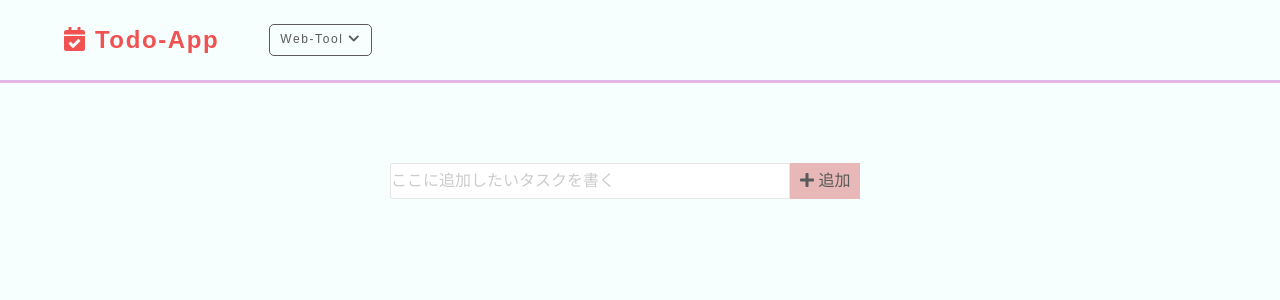
Repository: Hiroshii-m/todo_vue
Page: index.html
These files come from the project's save history. The page is drawn as it stood at one moment and after the next save; the edit follows.
The browser window is 1280 px wide. The pictures show the whole page.
The style sheet was rebuilt from its Sass, Less or Tailwind sources for each picture, by a compiler version that may differ from the author's.

Above is the page before, as saved 2021-06-26 18:13:01.

### index.html
<!DOCTYPE html>
<html lang="en">
<head>
    <meta charset="UTF-8">
    <meta http-equiv="X-UA-Compatible" content="IE=edge">
    <meta name="viewport" content="width=device-width, initial-scale=1.0">
    <link rel="stylesheet" href="node_modules/@fortawesome/fontawesome-free/css/all.css">
    <link rel="stylesheet" href="dist/css/style.css">
    <title>TODO APP Vue</title>
</head>
<body class="u-bgColor-base">

    <!-- header -->
    <header id="l-header" class="u-border-bottom">
        <div class="c-header">
            <h2 class="c-header__home">
                <i class="fas fa-calendar-check"></i>
                <a class="c-header__text" href="">Todo-App</a>
            </h2>
            <h3 class="c-header__other">
                Web-Tool
                <i class="fas fa-chevron-down"></i>
            </h3>
        </div>
    </header><!-- /header -->

    <!-- main -->
    <section id="l-main">
        <div class="c-main">
            <div id="l-addTask">
                <div class="c-addTask">
                    <input type="text" class="c-addTask__input" placeholder="ここに追加したいタスクを書く">
                    <button class="c-addTask__add">
                        <i class="fas fa-plus"></i>
                        追加
                    </button>
                </div>
            </div>
            <div id="l-search"></div>
            <div id="l-list"></div>
        </div>
    </section>
    <!-- /main -->

</body>
</html>

### src/scss/style.scss

// ======================================
// foundation
// ======================================
@use 'foundation/reset';
@use 'foundation/variables';
@use 'foundation/base';
// ======================================
// layout
// ======================================
#l-header {
    width: 100%;
}
#l-main {
    padding: 80px;
}
// ======================================
// object
// ======================================
// Component
// **************************************
.c-header {
    width: 90%;
    height: 80px;
    margin: 0 auto;
    display: flex;
    align-items: center;
    &__home {
        margin-right: 50px;
        font-weight: bold;
        color: var(--color_red);
        font-size: var(--font-size_xl);
    }
    &__other {
        font-size: var(--font-size_s);
        padding: var(--space_s) var(--space_m);
        border: 1px solid var(--font-color_default);
        border-radius: 5px;
        cursor: pointer;
    }
}
.c-main {
    width: var(--site-width_xxl);
    margin: 0 auto;
}
.c-addTask {
    display: flex;
    max-width: 500px;
    margin: 0 auto;
    &__input {
        width: 80%;
        border: 1px solid var(--border-color_default);
        border-radius: 2px;
    }
    &__add {
        background: var(--color_pink);
        padding: var(--space_s) var(--space_m);
    }
}
// Project
// **************************************
// Utility
// **************************************
.u-border {
    &-bottom {
        border-bottom: 3px solid var(--color_accent);
    }
}
.u-bgColor {
    &-base {
        background: var(--color_base);
    }
}

### src/scss/foundation/_variables.scss
:root {
    --font-color_default: #5A5A5A;
    --color_base: #F7FFFE;
    --color_accent: #E3B6E5;
    --color_green: #C3E8C7;
    --color_sky: #C8E4F4;
    --color_red: #F05252;
    --color_blue: #25A1EF;
    --color_pink: #E8B7B7;
    --border-color_default: #E6E6E6;


    --site-width_xxl: 780px;
    --site-width_xl: 680px;
    --site-width_md: 580px;
    --site-width_ms: 414px;

    --font-size_s: 12px;
    --font-size_m: 14px;
    --font-size_default: 16px;
    --font-size_l: 18px;
    --font-size_xl: 24px;
    --font-size_xxl: 28px;
    --font-size_3l: 38px;


    --space_s: 5px;
    --space_m: 10px;
    --space_l: 15px;
    --space_xl: 20px;
    --space_xxl: 30px;
    --space_3l: 40px;

    --font-family_default: "メイリオ", sans-serif;
}

### src/scss/foundation/_base.scss
html, body {
    width: 100%;
    color: var(--font-color_default);
    line-height: 1.6;
    font-family: var(--font-family_default);
    letter-spacing: 0.1em;
}

p, a {
    -webkit-font-smoothing: antialiased;
}

img {
    width: 100%;
    height: 100%;
    vertical-align: bottom;
    object-fit: cover;
}

input {
    display: block;
    width: 100%;
    background: #fff;
}

textarea {
    resize: vertical;
    height: 30px;
}

::placeholder {
    color: #ccc;
}

iframe {
    width: 100%;
}

i {
    cursor: pointer;
}

Loaded but not shown: node_modules/@fortawesome/fontawesome-free/css/all.css (library); src/scss/foundation/_reset.scss (common file)

After the next save:
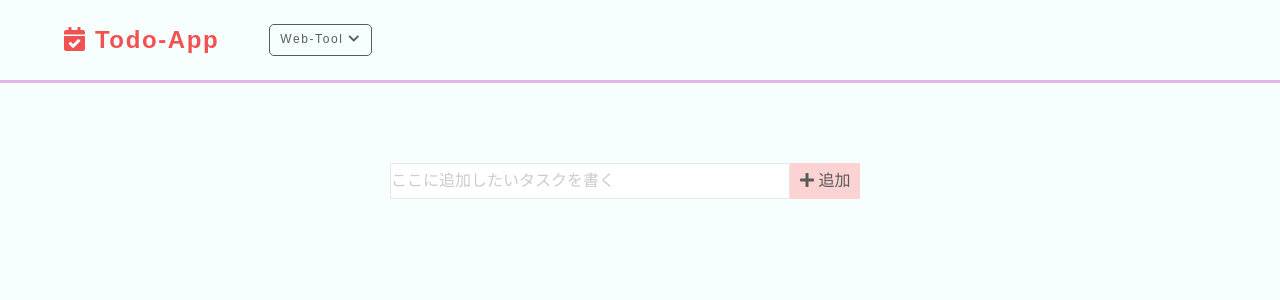
Saved 31 s later.
--- a/src/scss/foundation/_variables.scss
+++ b/src/scss/foundation/_variables.scss
@@ -6,7 +6,7 @@
     --color_sky: #C8E4F4;
     --color_red: #F05252;
     --color_blue: #25A1EF;
-    --color_pink: #E8B7B7;
+    --color_pink: #fbd3d3;
     --border-color_default: #E6E6E6;
 
 
